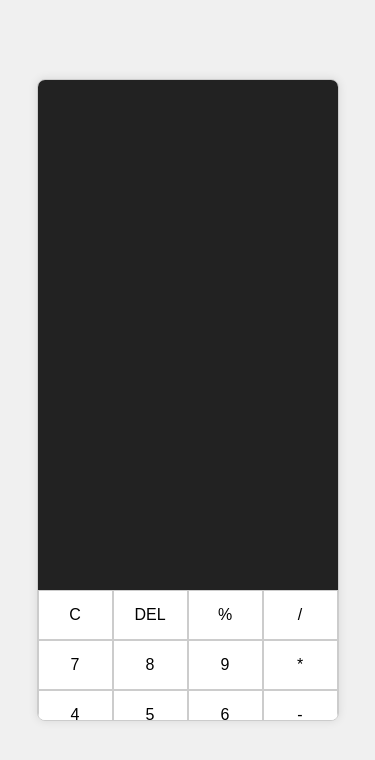
Repository: JuliusMonday/myCalculator
Page: index.html
These files come from the project's save history. The page is drawn as it stood at one moment and after the next save; the edit follows.
The browser window is 375 px wide. The pictures show the whole page.

Above is the page before, as saved 2024-05-31 08:24:09.

### index.html
<!DOCTYPE html>
<html lang="en">
<head>
    <meta charset="UTF-8">
    <meta name="viewport" content="width=device-width, initial-scale=1.0">
    <title>JuliusCalc - Scientific Calculator</title>
    <link rel="stylesheet" href="styles.css">
</head>
<body>
    <div class="calculator">
        <div class="display">
            <input type="text" id="result" disabled>
        </div>
        <div class="buttons">
            <button onclick="clearDisplay()">C</button>
            <button onclick="deleteChar()">DEL</button>
            <button onclick="appendChar('%')">%</button>
            <button onclick="appendChar('/')">/</button>

            <button onclick="appendChar('7')">7</button>
            <button onclick="appendChar('8')">8</button>
            <button onclick="appendChar('9')">9</button>
            <button onclick="appendChar('*')">*</button>

            <button onclick="appendChar('4')">4</button>
            <button onclick="appendChar('5')">5</button>
            <button onclick="appendChar('6')">6</button>
            <button onclick="appendChar('-')">-</button>

            <button onclick="appendChar('1')">1</button>
            <button onclick="appendChar('2')">2</button>
            <button onclick="appendChar('3')">3</button>
            <button onclick="appendChar('+')">+</button>

            <button onclick="appendChar('0')">0</button>
            <button onclick="appendChar('.')">.</button>
            <button onclick="calculate()">=</button>

            <button onclick="appendChar('Math.sin(')">sin</button>
            <button onclick="appendChar('Math.cos(')">cos</button>
            <button onclick="appendChar('Math.log(')">log</button>
            <button onclick="appendChar('Math.sqrt(')">√</button>
        </div>
    </div>
    <script src="index.js"></script>
</body>
</html>

### styles.css
/* styles.css */

body {
    display: flex;
    justify-content: center;
    align-items: center;
    height: 100vh;
    background-color: #f0f0f0;
    font-family: 'Arial', sans-serif;
    margin: 0;
}

.calculator {
    width: 300px;
    border: 1px solid #ccc;
    border-radius: 8px;
    overflow: hidden;
    box-shadow: 0 0 10px rgba(0, 0, 0, 0.1);
    background-color: #ffffff;
}

.display {
    background-color: #222;
    color: #fff;
    text-align: right;
    padding: 20px;
    font-size: 24px;
}

.display input {
    width: 100%;
    border: none;
    background: none;
    color: #fff;
    text-align: right;
    font-size: 24px;
}

.buttons {
    display: grid;
    grid-template-columns: repeat(4, 1fr);
}

button {
    padding: 20px;
    font-size: 18px;
    border: 1px solid #ccc;
    background-color: #fff;
    cursor: pointer;
    transition: background-color 0.2s;
}

button:hover {
    background-color: #f0f0f0;
}

button:active {
    background-color: #ddd;
}

/* Responsive Design */
@media (max-width: 600px) {
    .calculator {
        width: 80%;
        height: 80%;
        border-radius: 5;
    }
    .display {
        padding: 10px;
        font-size: 20px;
        height: 300px;
        padding-top: 200px;
    }
    button {
        padding: 15px;
        font-size: 16px;

    }

}

### index.js
// script.js

function appendChar(char) {
    document.getElementById('result').value += char;
}

function clearDisplay() {
    document.getElementById('result').value = '';
}

function deleteChar() {
    let currentDisplay = document.getElementById('result').value;
    document.getElementById('result').value = currentDisplay.slice(0, -1);
}

function calculate() {
    try {
        let expression = document.getElementById('result').value;

        // Automatically close any opened parentheses
        let openParenthesisCount = (expression.match(/\(/g) || []).length;
        let closeParenthesisCount = (expression.match(/\)/g) || []).length;
        let missingCloseParenthesis = openParenthesisCount - closeParenthesisCount;

        for (let i = 0; i < missingCloseParenthesis; i++) {
            expression += ')';
        }

        let result = eval(expression);
        document.getElementById('result').value = result;
    } catch (error) {
        document.getElementById('result').value = 'Error';
    }
}

After the next save:
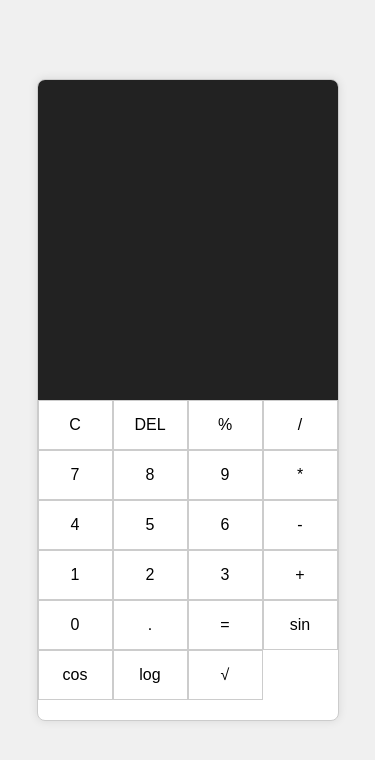
Saved 30 s later.
--- a/styles.css
+++ b/styles.css
@@ -69,7 +69,7 @@ button:active {
         padding: 10px;
         font-size: 20px;
         height: 300px;
-        padding-top: 200px;
+        /* padding-top: 200px; */
     }
     button {
         padding: 15px;
